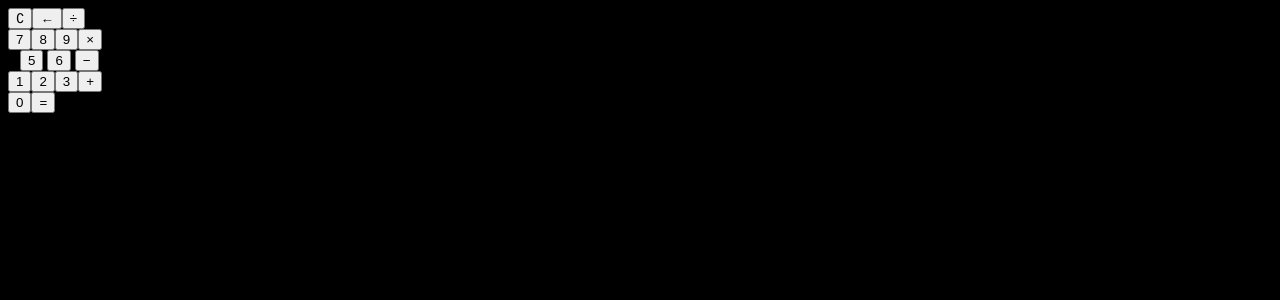
Repository: jontslater/LAB-calculator2
Page: index.html
An editor plug-in stored every save of this project. The page is shown before and after the next save, followed by the edit.
The browser window is 1280 px wide. The pictures show the whole page.

Above is the page before, as saved 2023-10-12 15:26:30.

### index.html
<!DOCTYPE html>
<html lang="en">
<head>
  <meta charset="UTF-8">
  <meta name="viewport" content="width=device-width, initial-scale=1.0">
  <title>calculator</title>
  <link rel="stylesheet" href="main.css">
  <script src="main.js"></script>
</head>

<body>
  <div class="container">

  <table>
    <button class="orange">&#8705;</button>
    <button class="orange">&#8592;</button>
    <button class="orange">&#247;</button>
  </table>

  <table>
    <button class="bottonss">7</button>
    <button class="bottonss">8</button>
    <button class="bottonss">9</button>
    <button>&#215;</button>
  </table>

  <table>
    <buttonclass="bottonss">4</buttonclass=>
    <button class="bottonss">5</button>
    <button class="bottonss">6</button>
    <button class="orange">&#8722;</button>
  </table>

  <table>
    <button class="bottonss">1</button>
    <button class="bottonss">2</button>
    <button class="bottonss">3</button>
    <button class="orange">&#43;</button>
  </table>


  <table>
    <button class="bottonss">0</button>
    <button class="orange">&#61;</button>
  </table>

  </div>

</body>
</html>

### main.css
body{
  background-color: #000000;
}
.container{
  width: 400xp;
}

.buttonss{
  background-color: #d8d9db;
  height: 90px;
  width: 90px;
}

Loaded but not shown: main.js (no stored copy; drawn as an empty file)

After the next save:
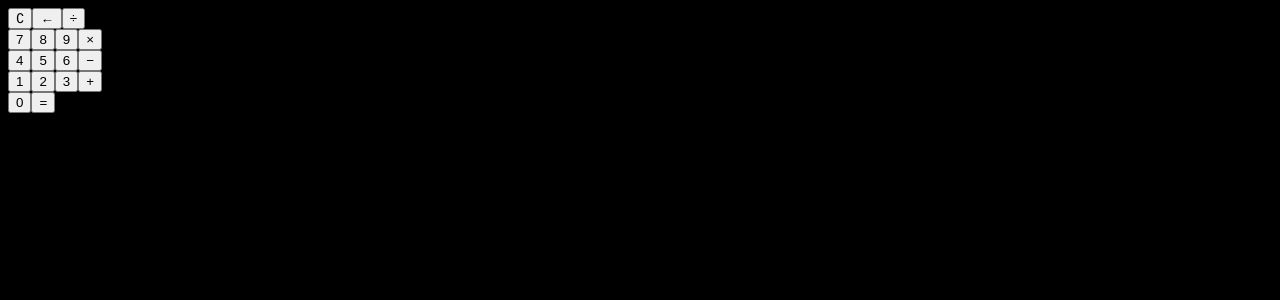
Saved 76 s later.
--- a/index.html
+++ b/index.html
@@ -25,7 +25,7 @@
   </table>
 
   <table>
-    <buttonclass="bottonss">4</buttonclass=>
+    <button class="bottonss">4</button>
     <button class="bottonss">5</button>
     <button class="bottonss">6</button>
     <button class="orange">&#8722;</button>
